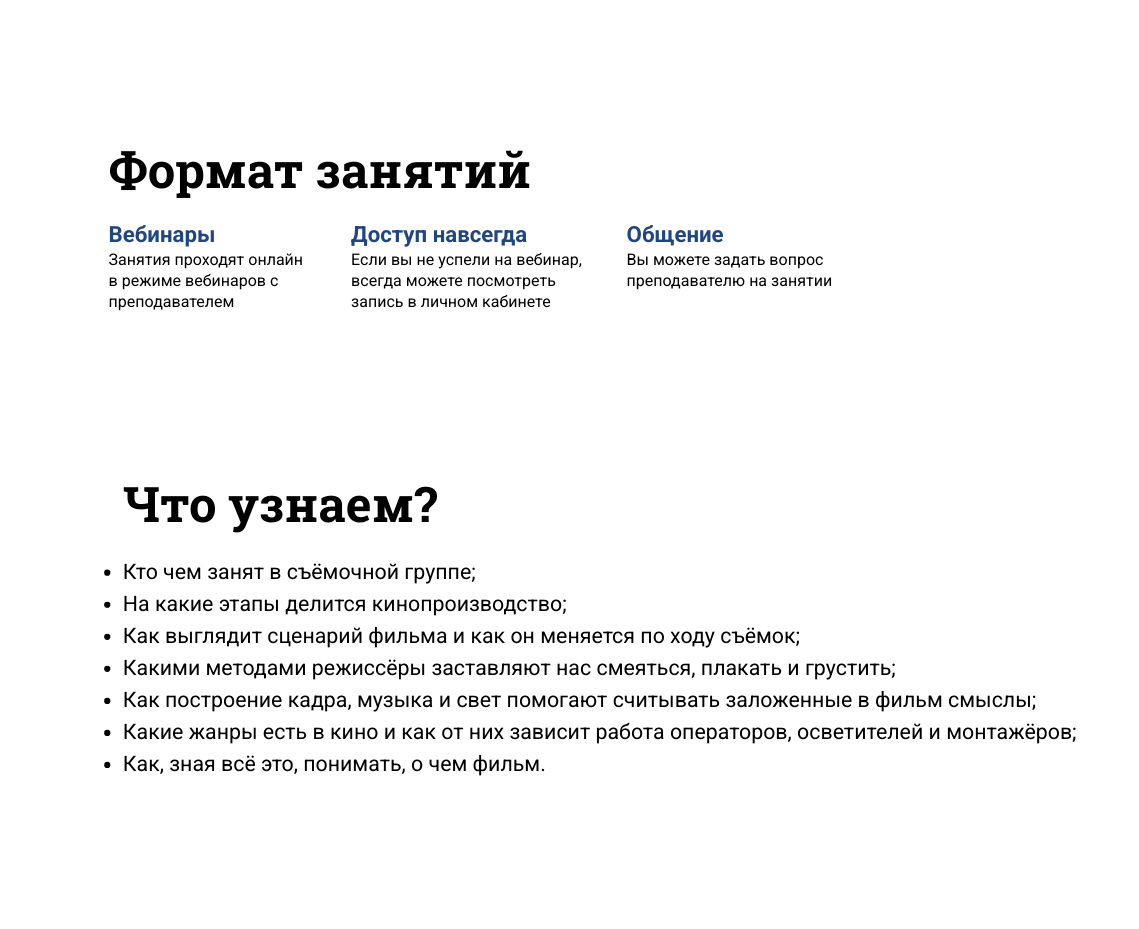
Repository: mirali879/previous-proj
Page: index.html
The author's editor kept a copy of each file at every save. The page is drawn from the files as they stood at one save, then again after a run of saves.
The browser window is 1280 px wide. The pictures show the whole page, at 89% of full size.

Above is the page before, as saved 2023-05-06 19:31:06.

After the next 2 saves:
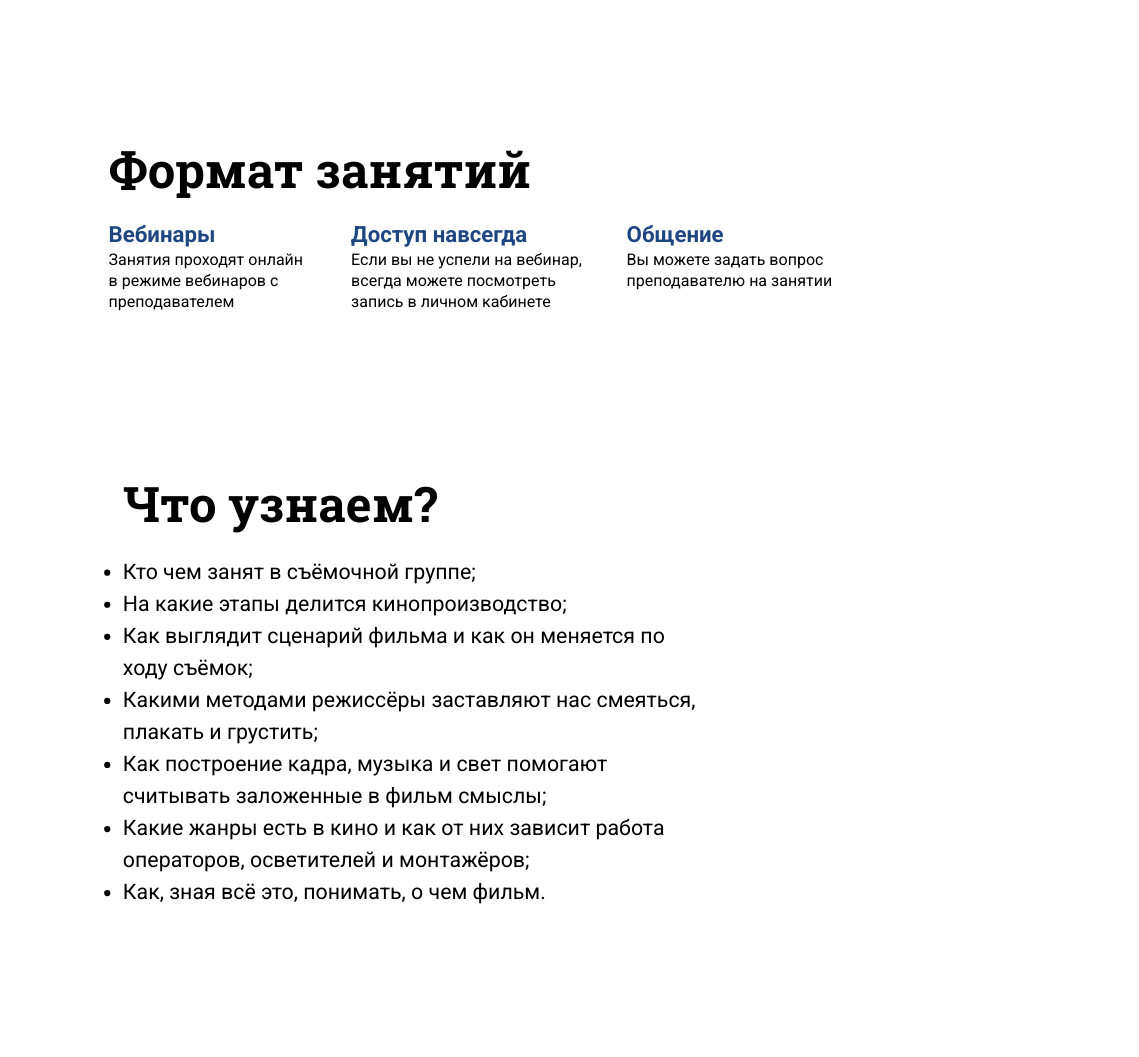
The 2 saves are shown as one change because they came seconds apart.
The last was saved 36 s later.
--- a/style.css
+++ b/style.css
@@ -64,6 +64,7 @@ color: #000000;
 }
 .page-2 ul {
   margin-top: 30px;
+  width: 662px;
 }
 
 .page-2 ul li {
